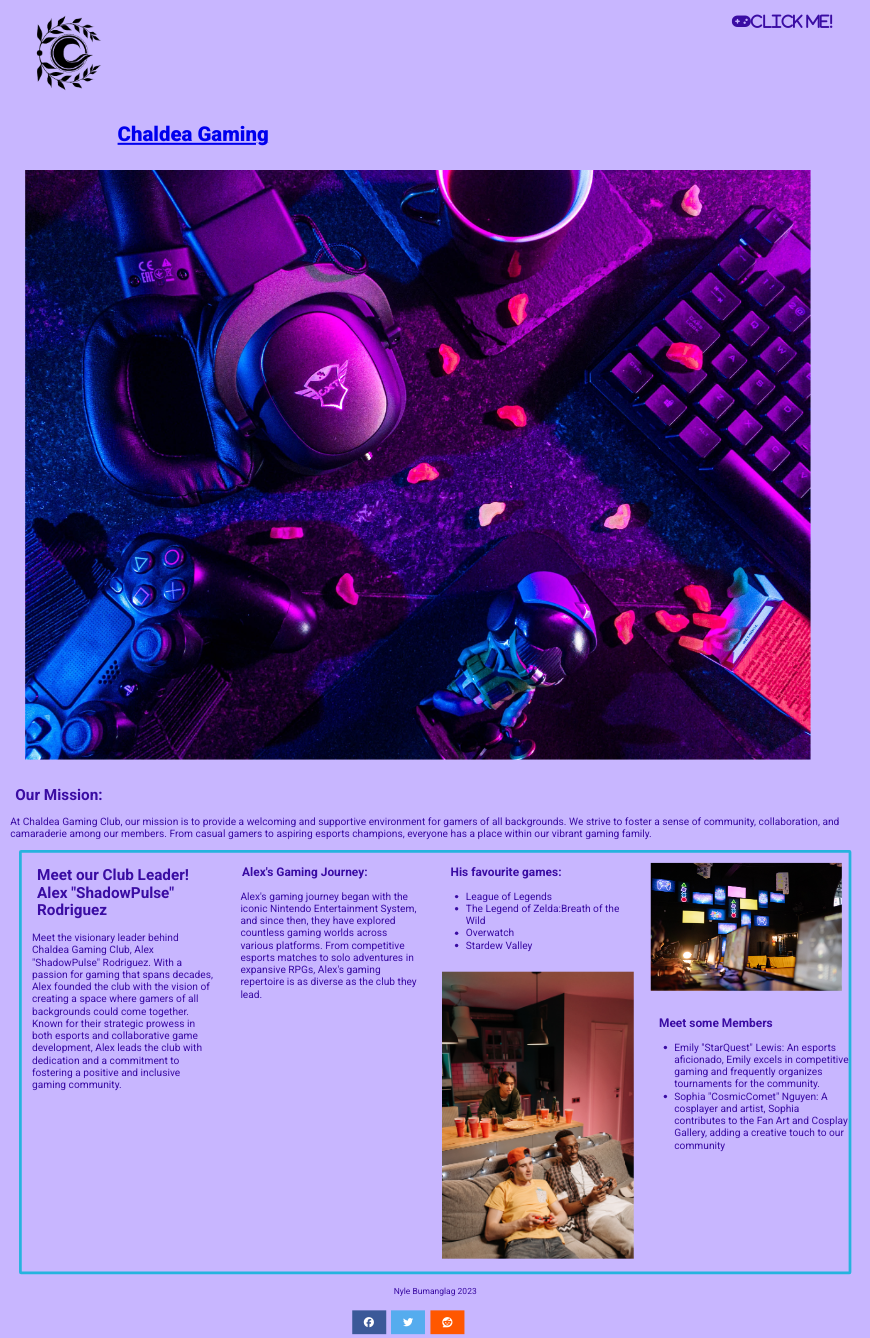
Repository: NyleNC/School-Projects
Page: Hmtl and CSS project/Club.html
An editor plug-in stored every save of this project. The page is shown before and after the next save, followed by the edit.
The browser window is 1280 px wide. The pictures show the whole page, at 68% of full size.
Some web libraries are served in a nearby version.

Above is the page before, as saved 2025-01-05 17:15:10.

### Hmtl and CSS project/Club.html
<!DOCTYPE html>
<html lang="en">
<head>
    <meta charset="UTF-8">
    <meta name="viewport" content="width=device-width, initial-scale=1.0">
    <title>Club Page</title>
    <link rel="stylesheet" href="style.css">
    <script src="https://kit.fontawesome.com/1e3ba98075.js" crossorigin="anonymous"></script>
    <link rel="preconnect" href="https://fonts.googleapis.com">
<link rel="preconnect" href="https://fonts.gstatic.com" crossorigin>
<link href="https://fonts.googleapis.com/css2?family=Roboto:wght@400;700;900&display=swap" rel="stylesheet">
<link rel="stylesheet" href="https://cdnjs.cloudflare.com/ajax/libs/font-awesome/4.7.0/css/font-awesome.min.css">
<script src="script.js" defer></script>
</head>
<body>
    <header class="header-con">
        <nav class="main-nav">
            <i id="nav-toggle" class="fa-solid fa-gamepad fa-bounce fa-xl">Click me!</i>
            <i id="close-btn" class="fa-sharp fa-solid fa-circle-xmark fa-bounce fa-xl">Close</i>
            <ul id="nav-menu">
                <li><a href="Index.html">Home</a></li>
                <li><a href="About.html">About</a></li>
                <li><a href="Club.html">Club Information</a></li>
                <li><a href="News.html">News and Events</a></li>
                <li><a href="Contact.html">Contact</a></li>
            </ul>
        </nav>

        <div class="logo">
            <a href="Index.html">
            <img src="Images/Logo.png" alt="Logo" width="100" height="200"  >
            <h1>Chaldea Gaming</h1>
        </a>
     </div>
     <div>
     <img src="Images/Header-picture.jpg" alt="A picture of gaming equipment" width="2000" height="1500" >
     </div>
    </header>
    <main>
        <div>
            <h2>
                Our Mission:
            </h2>
            <p>At Chaldea Gaming Club, our mission is to provide a welcoming and supportive environment for gamers of all backgrounds.
                We strive to foster a sense of community, collaboration, and camaraderie among our members.
                From casual gamers to aspiring esports champions, everyone has a place within our vibrant gaming family.</p>
        </div>
    <div class="container">
        <div>
            <h2>Meet our Club Leader! Alex "ShadowPulse" Rodriguez</h2>
        <p>Meet the visionary leader behind Chaldea Gaming Club, Alex "ShadowPulse" Rodriguez.
            With a passion for gaming that spans decades, Alex founded the club with the vision of
            creating a space where gamers of all backgrounds could come together. Known for their strategic prowess in
            both esports and collaborative game development,
            Alex leads the club with dedication and a commitment to fostering a positive and inclusive gaming community.</p>

        </div>
    <div>
        <h3>Alex's Gaming Journey:</h3>
        <p>Alex's gaming journey began with the iconic Nintendo Entertainment System, and since then,
        they have explored countless gaming worlds across various platforms. From competitive esports
        matches to solo adventures in expansive RPGs, Alex's gaming repertoire is as diverse as the club they lead.</p>

    </div>
    <div>
    <h3>His favourite games:</h3>
       <ul>
       <li> League of Legends</li>
        <li>The Legend of Zelda:Breath of the Wild</li>
        <li>Overwatch</li>
        <li>Stardew Valley</li>
       </ul><img src="Images/CLubmermbers.jpg" alt="alex and club members gaming" width="2000" height="1500">
     </div>
     <div>
<img src="Images/Gamingroom.jpg" alt="gaming room ilustration" width="3000" height="1500">
        <h3>Meet some Members</h3>
        <ul>
            <li>Emily "StarQuest" Lewis:
                An esports aficionado, Emily excels in competitive gaming and frequently organizes tournaments for the community.</li>
            <li>Sophia "CosmicComet" Nguyen:
                A cosplayer and artist, Sophia contributes to the Fan Art and Cosplay Gallery, adding a creative touch to our community</li>
            </ul>
</div>
</div>
    <footer class="footer">
        <div >
            <p><small>Nyle Bumanglag 2023</small></p>
        </div>
        <div class="social">
            <a href="#" class="fa fa-facebook"></a>
            <a href="#" class="fa fa-twitter"></a>
            <a href="#" class="fa fa-reddit"></a>
        </div>
        </footer>
    </main>
</body>
</html>

### Hmtl and CSS project/Style.css
body{
    background: #c8b6ff;
    color: #3a0ca3;
    margin:0 auto;
    font-family: 'Roboto', sans-serif;
    font-weight: 400;
    font-size: 1em;
}

.footer {
    height: auto;
    margin:0 auto;
    width: 300px;
    text-align:center;
    color:#3a0ca3;
}
fieldset{
    border:5px groove #26b3de;
    border-radius: 10px;
}

h1{
    text-align: center;
    font-weight: 900;

}
h2 ,h3 {
    font-weight: 700;
    padding: 0 1em;
}

p{
    padding: 0 1em;
}
img {
    width: 95%;
    height: auto;
    margin: 20px auto;
    padding-left: 5px;

}
.main-nav{
   float: right;
   padding: 1.5em;
   margin: 0 auto;
   cursor: pointer;
}
.main-nav ul{
    background: #262032;
    color: #000000;
    display:none;
	gap:15px;
    width: 200px;
    height: auto;
    margin: 0 auto;
    transition: all 0.3s ease-in-out;

}

.main-nav ul.show {
    display: block;
}
.main-nav a{
    color: #a8dadc;
    text-decoration: wavy;
}
.main-nav a:hover{
     background-color: #4cc9f0

}

.main-nav i.hidden {
    display: none;
}
.main-nav i {
    transition: opacity 0.3s ease-in-out;
}

input[type="submit"]:hover , input[type="reset"]:hover {
	background: #7fa0bd;
	border-color: rgb(127, 164, 189);
}
input[type="text"], input[type="email"]{
	display: block;
	border: 1px outset #800f00;
	border-radius: 5px;
	height: 30px;
	width: 100%;
}
input[type="submit"],input[type="reset"] {
    border-style: groove;
    background:  #ef476f ;
	border-radius: 5px;
    color: white;
	font-size: 0.75em;
	margin-top: 15px;
	padding: 10px ;


}
label{
    font-size: 1em;
    color: #3a0ca3;
    font-weight:400;

}
legend {
	font-size: 1.25em;
	font-weight: 700;
	color:  #3a0ca3 ;
}

/* classes*/
.buttons{
    margin: 0 auto;
    display: flex;
    gap: 7em;
   padding-left:1em;
}
.logo{
    margin: 1em;
   display: flex;

}
.logo img{
    width: 50%;
    height: auto;
}

.about-bkgd{
    background-image:url(Images/aboutbackground.jpg);
    background-position: center;
    background-size: cover;
    padding: 1em;
    border-radius:3px;

}
.about-bkgd img{
    margin: 0 auto;
	width: 25%;
    height: auto;
}
.button-bkgd{
    padding: 15px;
    line-height: 1em;
    background-color: transparent;
    background-size: cover;
    background-position: 50%;
    background-repeat: no-repeat;
    border: 2px solid #26b3de;
    border-radius: 3px;
    text-align: center;
}
.button-bkgd a{
    color: #fff;
    text-decoration: wavy;
}
.button-bkgd a:hover{
    background-color: #a8dadc;
}
.club-bkgd{
    background-image: url(Images/clubbgkd.jpg);
    background-position: center ;
    background-size: cover;
    padding: 1em;
    border-radius:3px;
}

.news-bkgd{
    background-image: url(Images/newsbgkd.jpg);
    background-position: center;
    background-size: cover;
    padding: 1em;
    border-radius:3px;
}
.contact-bkgd{
    background-image: url(Images/contactbgkd.jpg);
    background-position: center ;
    background-size: cover;
    padding: 1em;
    border-radius:3px;
}
.header-con{
    width: 95%;
    height: auto;
    margin: 0 auto;
}
.container{
    margin: 0 auto;
    gap: 1em;
    display: grid;
    grid-template-columns:  1fr 1fr;
	width: 95%;
    height: auto;
    border: 4px solid #26b3de;
    border-radius:3px;
}
.fa {
    padding: 10px;
    font-size: 20px;
    width: 30px;
    text-align: center;
    text-decoration: none;
    margin: 5px 2px;
  }
.fa-facebook {
    background: #3B5998;
    color: white;
  }
  .fa:hover {
      opacity: 0.7;
}
.fa-twitter {
    background: #55ACEE;
    color: white;
}
.fa-reddit {
    background: #ff5700;
    color: white;
  }
.social{
    text-align: right;
    margin-right: 7em;
}
.field-col{
    grid-template-columns: 1fr 1fr ;
    display: grid;
    gap: 10px;
}
.field-container{
    margin: 0 auto;
    gap: 1em;
    display: grid;
    grid-template-columns:  1fr 1fr;
	width: 95%;
    height: auto;

}
.event-news {
    display: flex;

    border:5px solid #b388eb;
    width: 90%;
    gap: 10em;
    padding-left: 5em;
}

.event-news a{
    color: #3a0ca3;
    text-decoration: wavy;
}

.event-news a:hover{
    background-color: #4cc9f0

}

section {
    padding: 15px;
}


.event-container{
    display: grid;
    grid-template-columns: 1fr 1fr;
    width: 95%;
    height: auto;
    text-align: left;
}


@media only screen and (min-width: 768px) {
    .container{
       margin: 0 auto;
        gap: 10px;
        display: grid;
        grid-template-columns:  1fr 1fr 1fr 1fr;
        width: 95%;
        height: auto;

    }
    img{
        margin: 1em auto;

    }
    body{
        margin: 0 auto;
       font-size: 15px;

    }
    .main-nav ul{
    width: 500px;
    height: auto;
    margin: 0 auto;
    }
    .buttons{
        margin: 0 auto;
        display: flex;
        gap: 8em;
       padding-left:9em;
    }
    .logo img{
        width: 25%;
        height: auto;
    }
    .logo{
        margin: 0 auto;
       display: flex;

    }
}

@media only screen and (min-width: 1440px){
    body{
        margin: 0 auto;
        font-size: 2em;

    }
    img{
        margin: 0 1em;
    }
    .container{
        margin: 0 auto;
         gap: 1em;
         display: grid;
         grid-template-columns:   1fr 1fr 1fr 1fr;
         width: 95%;
         height: auto;
         text-align: center;
         padding-right: 1em;
     }

    .main-nav ul{
        width: 500px;
    height: auto;
    margin: 0 auto;
    }
    .social{
        text-align: right;
        margin-right: 2em;
    }
    .buttons{
        margin: 0 auto;
        display: flex;
        gap: 8em;
       padding-left:15em;
    }
    .logo img{
        width: 25%;
        height: auto;
        margin-bottom: 1em;
        margin-top: 1em;
    }

}

@media only screen and (min-width: 1920px){
    body{
        margin: 0 auto;
        font-size: 2em;

    }
    img{
        margin: 0 1em;
        width: 95%;
        height: auto;
    }
    .container{
        margin: 0 auto;
         gap: 1em;
         display: grid;
         grid-template-columns:   1fr 1fr 1fr 1fr;
         width: 95%;
         height: auto;
         text-align: center;
         padding-right: 1em;
     }

    .main-nav ul{
        width: 500px;
    height: auto;
    margin: 0 auto;
    }
    .social{
        text-align: right;
        margin-right: 2em;
    }
    .buttons{
        margin: 0 auto;
        display: flex;
        gap: 8em;
       padding-left:15em;
    }
    .logo img{
        width: 25%;
        height: auto;
        margin-bottom: 1em;
        margin-top: 1em;
    }
    .event-news {
        display: flex;

        border:5px solid #b388eb;
        margin: 0 auto;
        width: 90%;
        gap: 25em;
        padding-left: 10em;
    }
    .field-container{
        margin: 1em auto;
        gap: 1em;
        display: grid;
        grid-template-columns:  1fr 1fr;
        width: 95%;
        height: auto;

    }

}

### Hmtl and CSS project/script.js
document.addEventListener("DOMContentLoaded", function () {
    const navToggle = document.getElementById("nav-toggle");
    const closeBtn = document.getElementById("close-btn");

    // Ensure the "Click Me!" button is visible and the "Close" button is hidden
    navToggle.classList.remove("hidden");
    closeBtn.classList.add("hidden");
});
document.getElementById("nav-toggle").addEventListener("click", function () {
    const navMenu = document.getElementById("nav-menu");
    const navToggle = document.getElementById("nav-toggle");
    const closeBtn = document.getElementById("close-btn");

    // Toggle the navigation menu visibility
    navMenu.classList.toggle("show");

    // Toggle visibility of "Click me!" and "Close" button
    navToggle.classList.toggle("hidden");
    closeBtn.classList.toggle("hidden");
});

// Close the navigation menu when "Close" button is clicked
document.getElementById("close-btn").addEventListener("click", function () {
    const navMenu = document.getElementById("nav-menu");
    const navToggle = document.getElementById("nav-toggle");
    const closeBtn = document.getElementById("close-btn");

    // Hide the navigation menu
    navMenu.classList.remove("show");

    // Show the "Click me!" button and hide the "Close" button
    navToggle.classList.remove("hidden");
    closeBtn.classList.add("hidden");
});

After the next save:
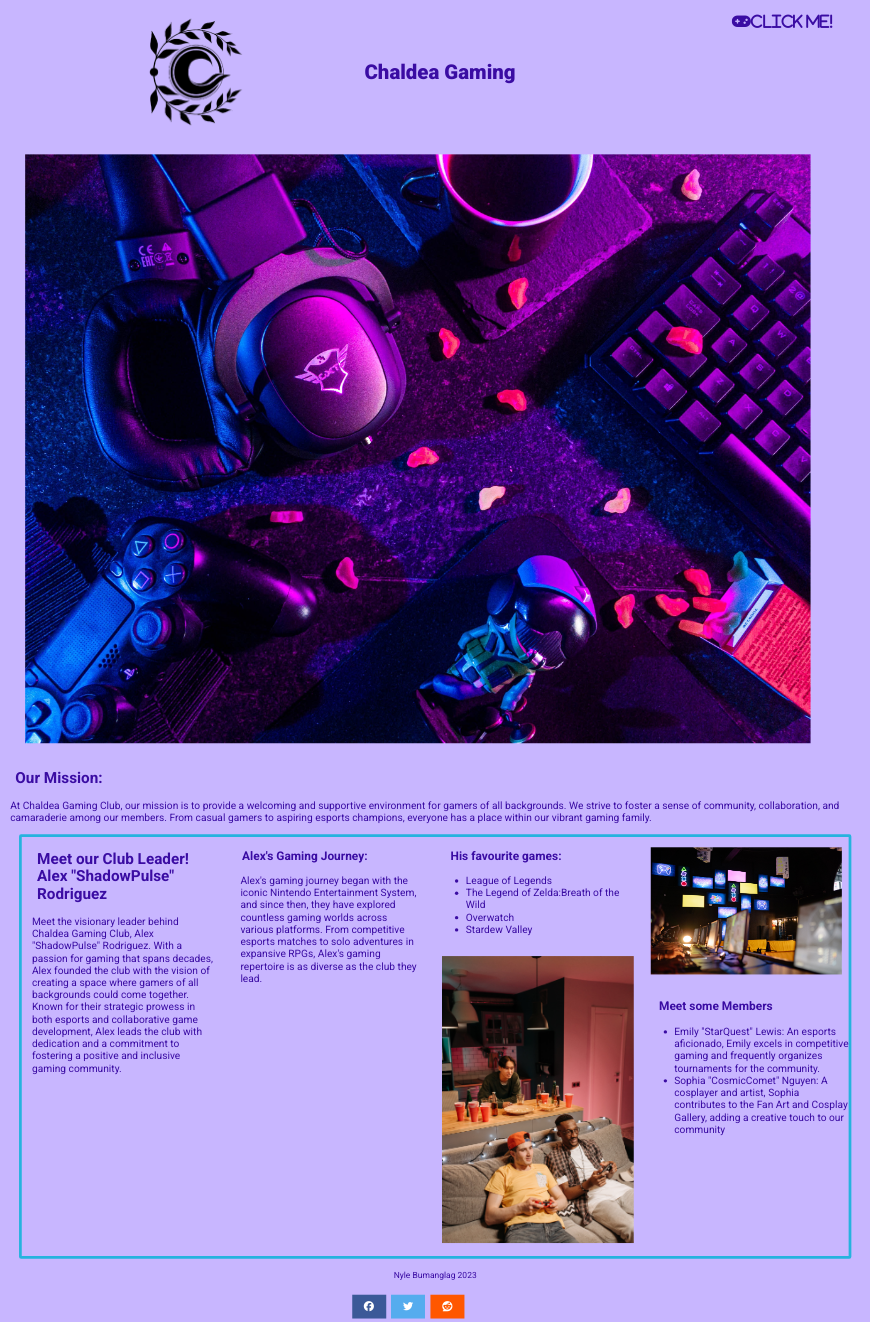
Saved 47 s later.
--- a/Hmtl and CSS project/Style.css
+++ b/Hmtl and CSS project/Style.css
@@ -126,7 +126,12 @@
     width: 50%;
     height: auto;
 }
-
+.logo a{
+    text-decoration: none; /* Remove underline */
+    color: inherit; /* Keep the text color as the default or specified in your styles */
+    display: inline-flex; /* Makes the logo and text act as a single clickable block */
+    align-items: center;
+}
 .about-bkgd{
     background-image:url(Images/aboutbackground.jpg);
     background-position: center;

After the save that followed:
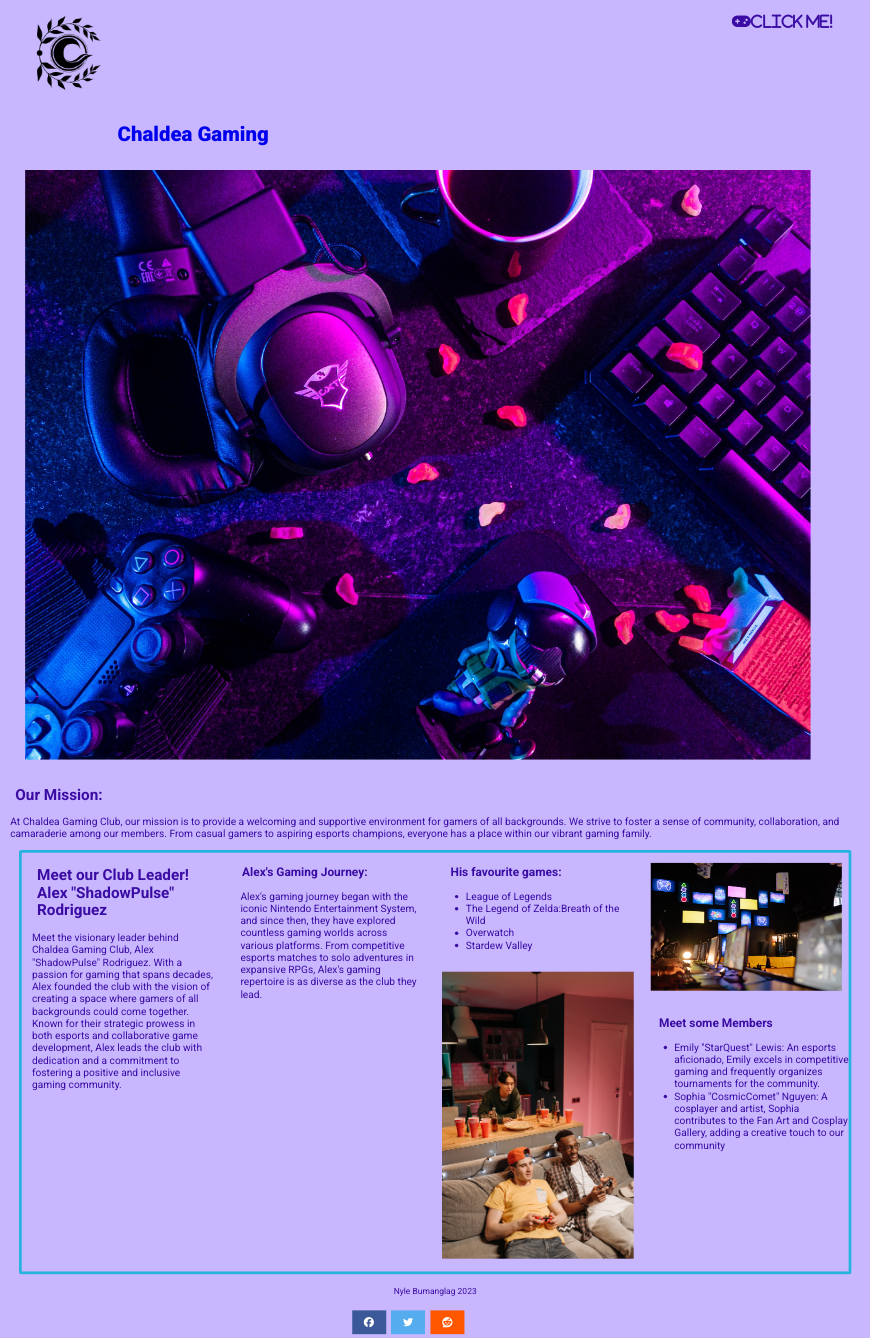
Saved 11 s later.
--- a/Hmtl and CSS project/Style.css
+++ b/Hmtl and CSS project/Style.css
@@ -127,10 +127,8 @@
     height: auto;
 }
 .logo a{
-    text-decoration: none; /* Remove underline */
-    color: inherit; /* Keep the text color as the default or specified in your styles */
-    display: inline-flex; /* Makes the logo and text act as a single clickable block */
-    align-items: center;
+    text-decoration: none;
+
 }
 .about-bkgd{
     background-image:url(Images/aboutbackground.jpg);
